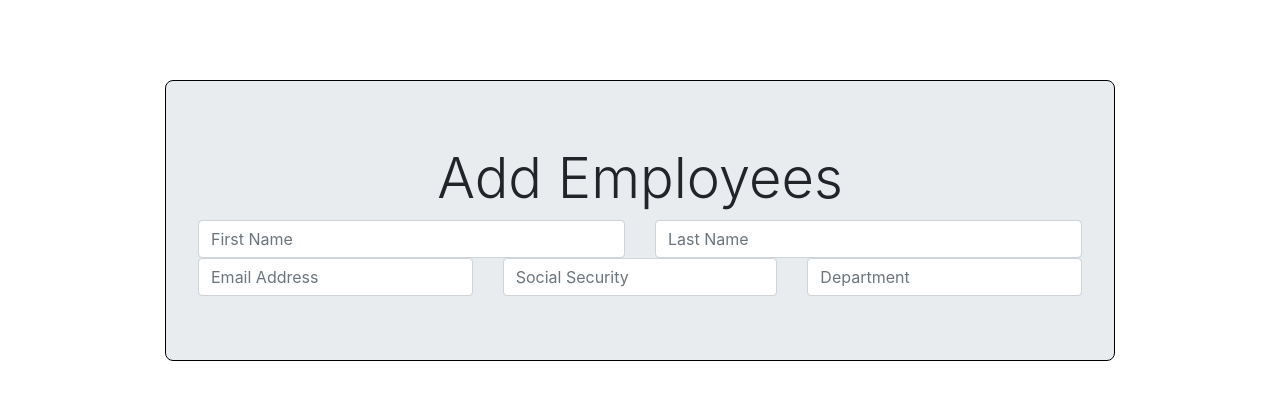
Repository: julianvanost/Week-06
Page: Day_02/Employees/public/index.html
An editor plug-in stored every save of this project. The page is shown before and after the next save, followed by the edit.
The browser window is 1280 px wide. The pictures show the whole page.

Above is the page before, as saved 2020-02-19 12:37:26.

After the next save:
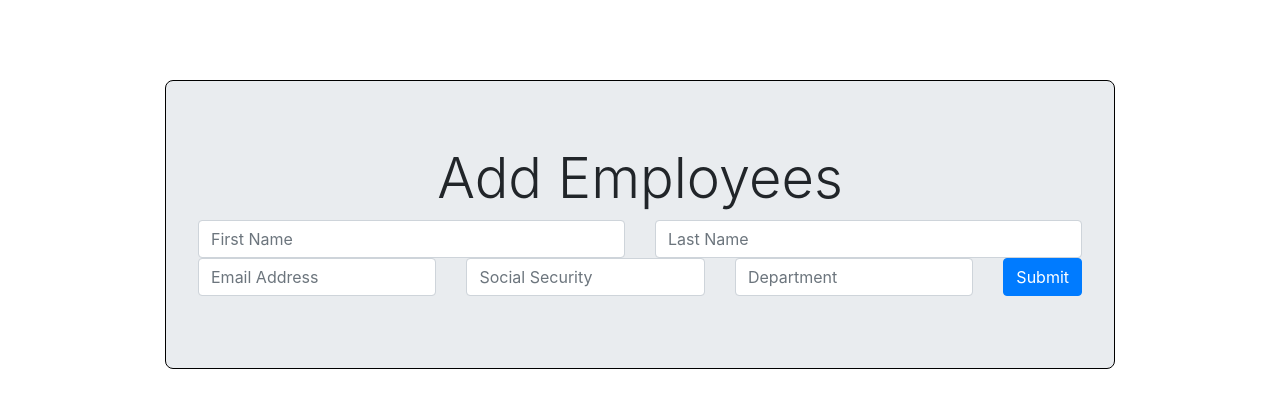
Saved 51 s later.
--- a/Day_02/Employees/public/index.html
+++ b/Day_02/Employees/public/index.html
@@ -41,6 +41,9 @@
           <div class="col">
             <input type="text" class="form-control" id="department" placeholder="Department">
           </div>
+          <div class="col-auto">
+            <button type="submit" class="btn btn-primary mb-2">Submit</button>
+          </div>
         </div>
       </form>
     </div>
